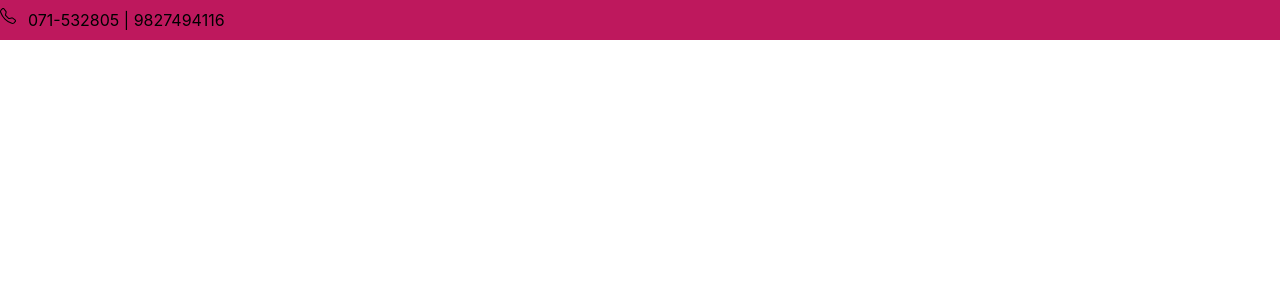
Repository: Sushant203/react-training-
Page: /
The author's editor kept a copy of each file at every save. The page is drawn from the files as they stood at one save, then again after the next save.
The browser window is 1280 px wide. The pictures show the whole page.
The project was rebuilt for these pictures with package versions that can differ from the ones it lists, and the page was loaded fresh each time. Also part of the build but not shown: src/App.css.

Above is the page before, as saved 2022-12-15 00:37:59.

After the next save:
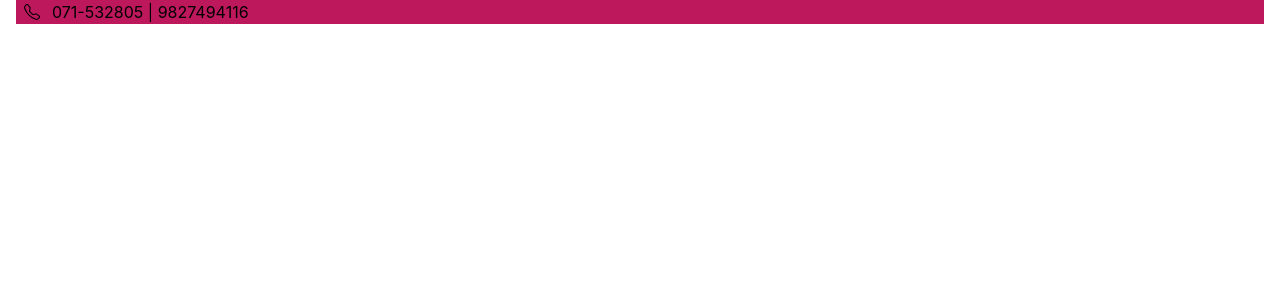
Saved 71 s later.
--- a/src/components/UpperNav.jsx
+++ b/src/components/UpperNav.jsx
@@ -4,8 +4,8 @@ import { BsTelephone } from "react-icons/bs";
 const UpperNav = () => {
   return (
     <div>
-      <div className="bg-pink-700 text-center py-2">
-        <div className="flex gap-3">
+      <div className="bg-pink-700 text-center px-2 mx-4">
+        <div className="flex gap-3 items-center">
           <BsTelephone />
           <p>071-532805 | 9827494116</p>
         </div>
